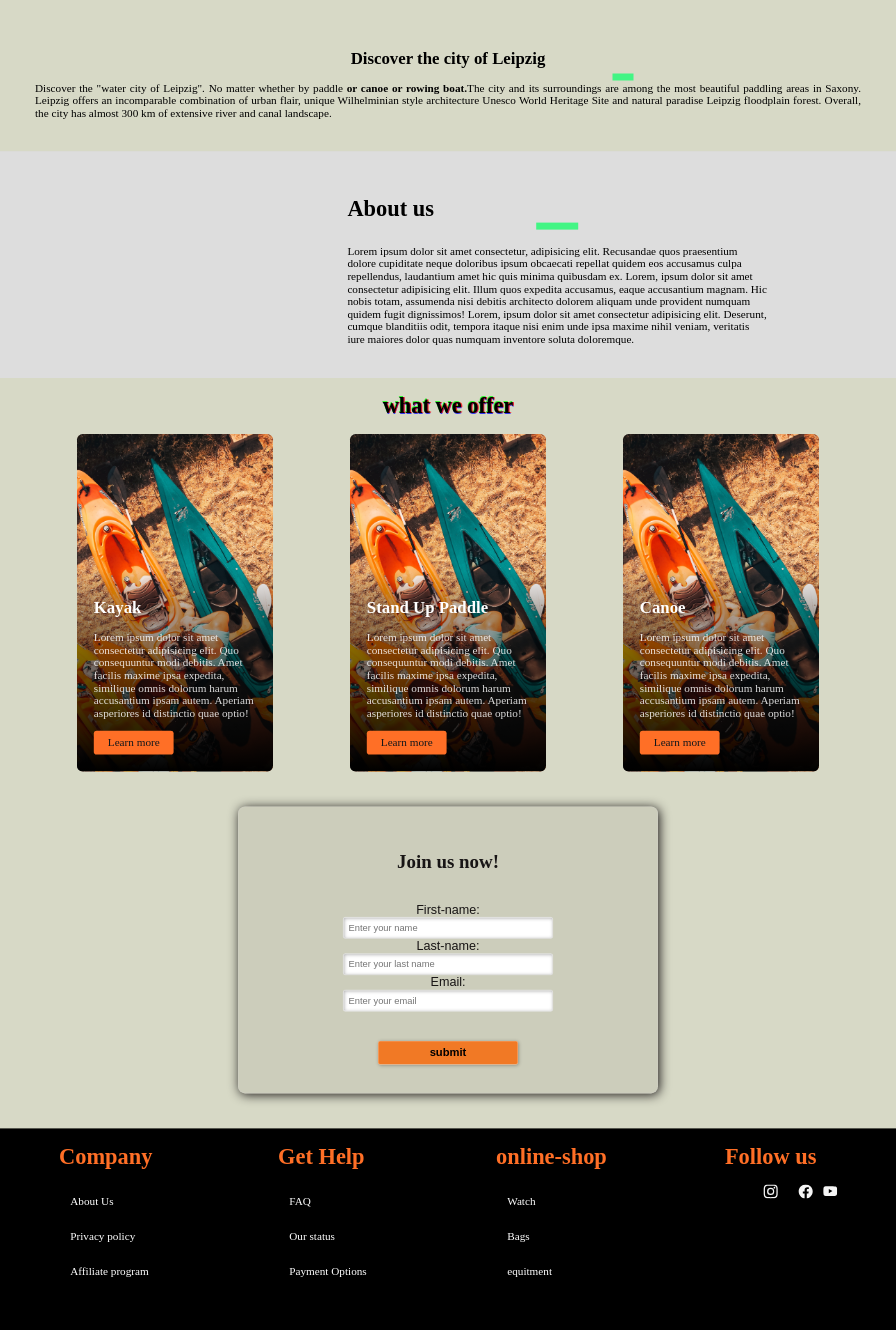
Repository: joseluis2289/Responsive-club-website
Page: index.html
The author's editor kept a copy of each file at every save. The page is drawn from the files as they stood at one save, then again after the next save.
The browser window is 1280 px wide. The pictures show the part of the page from y = 770 to 2670 px (the page is 2671 px tall), at 70% of full size.
Some web fonts or font styles are not loaded; a fallback is used.

Above is the page before, as saved 2021-08-25 10:28:03.

After the next save:
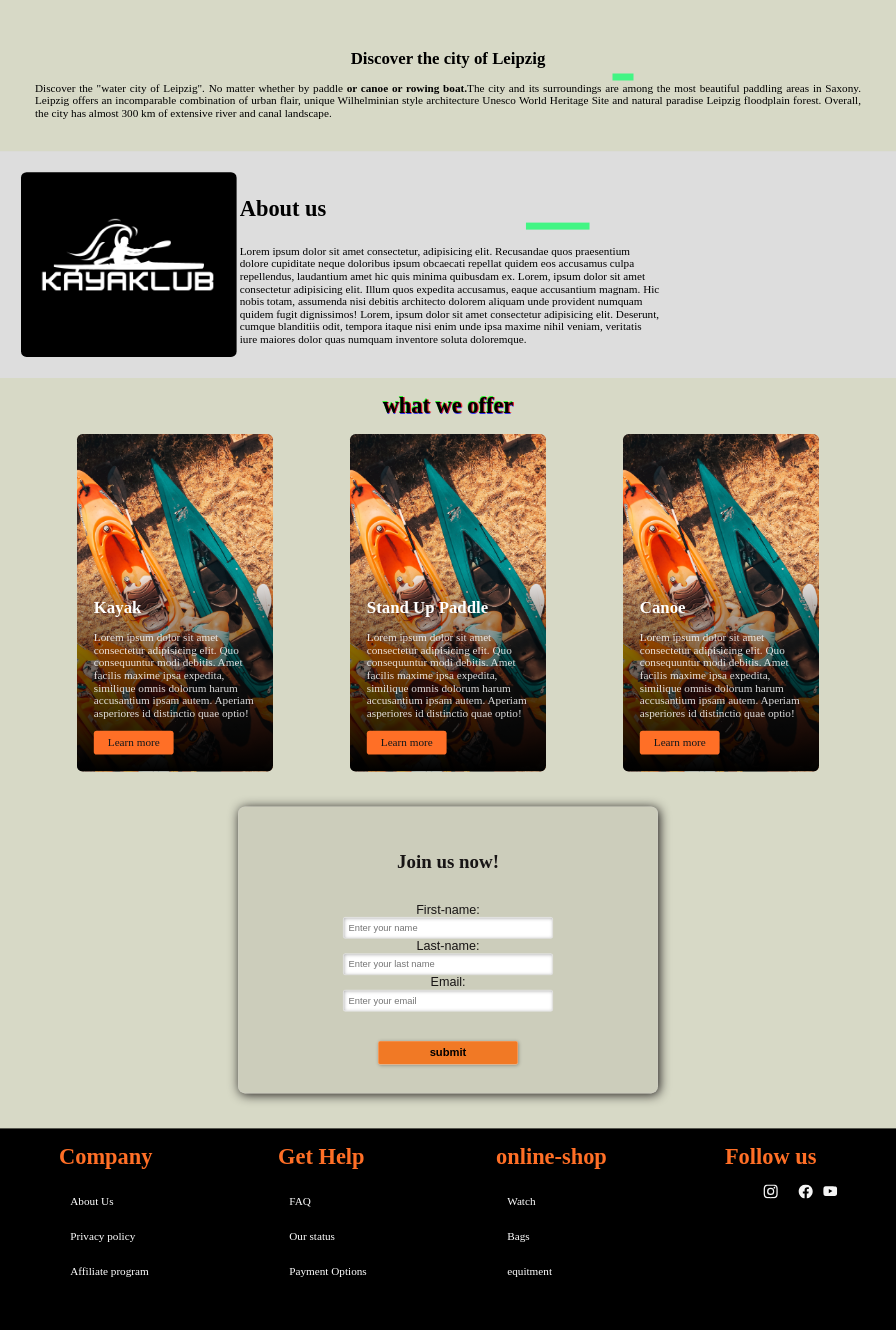
Saved 10 s later.
--- a/style.css
+++ b/style.css
@@ -140,8 +140,8 @@ body{
     grid-template-columns: auto auto;
     padding: 30px;
     column-gap: 5px;
-    display: flex;
-    justify-content:space-around ;
+    /* display: flex;
+    justify-content:space-around ; */
 
 }
 /* .grid-item-img{
